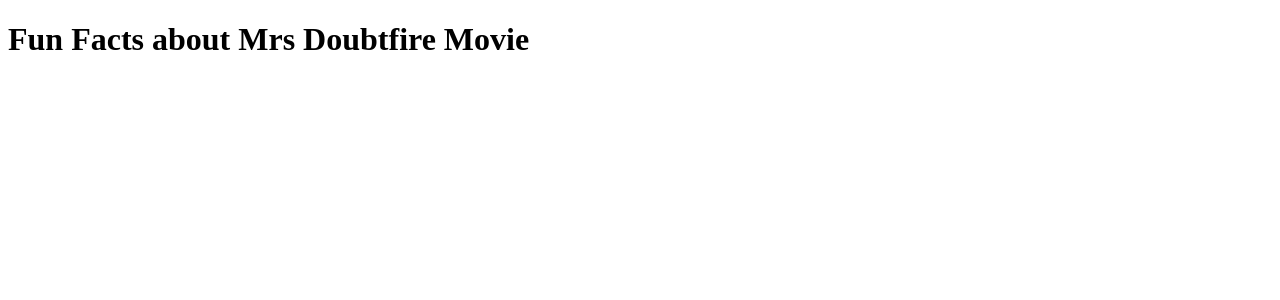
Repository: ItaConnell007/Brainnest-Main-HTML-Project
Page: fun-facts.html
An editor plug-in stored every save of this project. The page is shown before and after the next save, followed by the edit.
The browser window is 1280 px wide. The pictures show the whole page.

Above is the page before, as saved 2022-08-16 17:16:21.

### fun-facts.html
<!DOCTYPE html>
<html lang="en">
<head>
    <meta charset="UTF-8">
    <meta http-equiv="X-UA-Compatible" content="IE=edge">
    <meta name="viewport" content="width=device-width, initial-scale=1.0">
    <title>Top Secret</title>
</head>
<body>

    <h1> Fun Facts about Mrs Doubtfire Movie</h1>



</body>
</html>

After the next save:
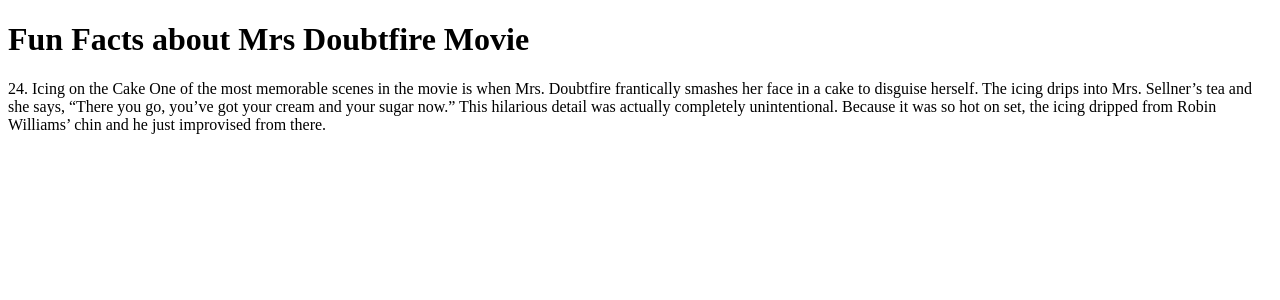
Saved 87 s later.
--- a/fun-facts.html
+++ b/fun-facts.html
@@ -10,7 +10,8 @@
 
     <h1> Fun Facts about Mrs Doubtfire Movie</h1>
 
-
+    <p>24. Icing on the Cake
+        One of the most memorable scenes in the movie is when Mrs. Doubtfire frantically smashes her face in a cake to disguise herself. The icing drips into Mrs. Sellner’s tea and she says, “There you go, you’ve got your cream and your sugar now.” This hilarious detail was actually completely unintentional. Because it was so hot on set, the icing dripped from Robin Williams’ chin and he just improvised from there.</p>
 
 </body>
 </html>
